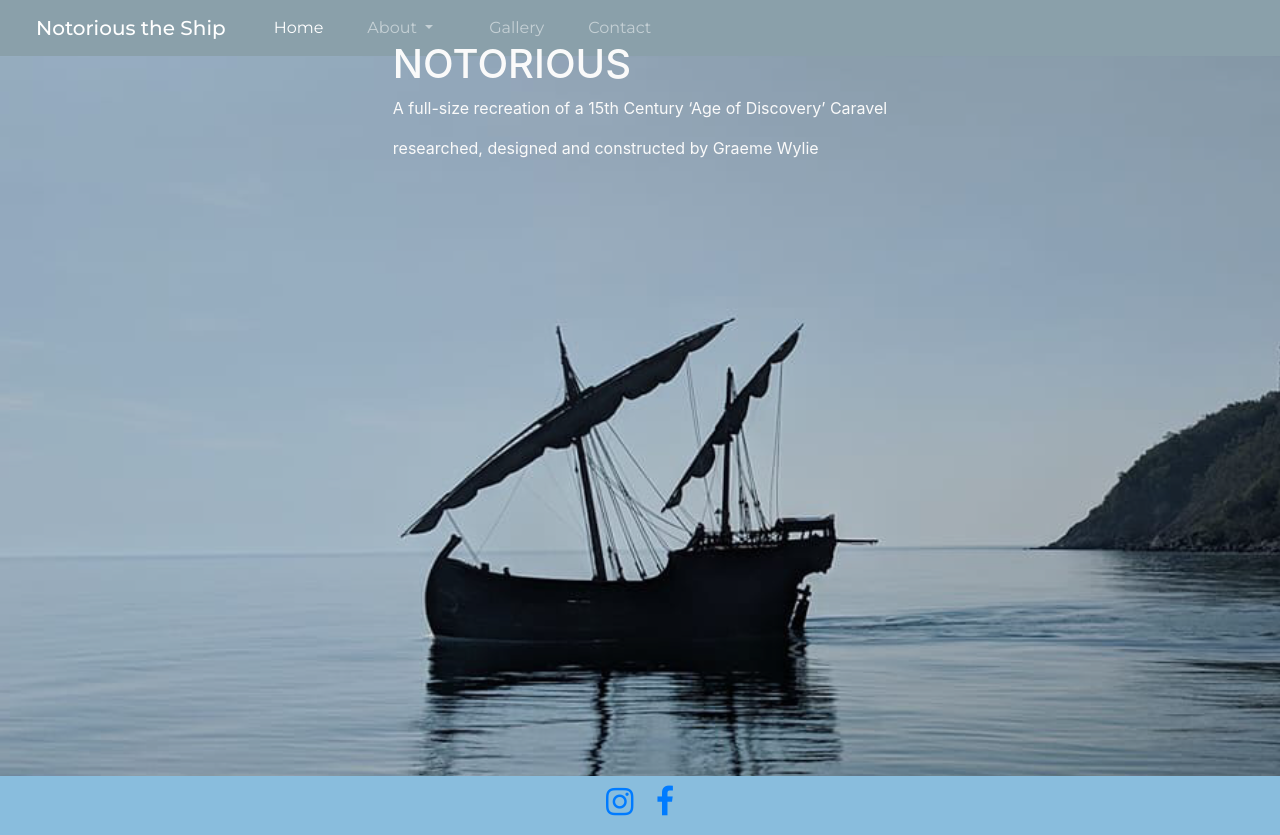
Repository: TSRose/NotorioustheShip
Page: index.html
The author's editor kept a record of every edit. The page is drawn from the files as they stood at one moment, then again after the next edit.
The browser window is 1280 px wide. The pictures show the whole page.
Backgrounds fixed to the window are drawn as part of the page.

Above is the page before.

### index.html
<!DOCTYPE html>
<html lang="en">

<head>
    <meta charset="UTF-8">
    <meta name="viewport" content="width=device-width, initial-scale=1.0">
    <meta http-equiv="X-UA-Compatible" content="ie=edge">
    <link rel="stylesheet" href="https://stackpath.bootstrapcdn.com/bootstrap/4.3.1/css/bootstrap.min.css" type="text/css" />
    <link rel="stylesheet" href="https://stackpath.bootstrapcdn.com/font-awesome/4.7.0/css/font-awesome.min.css">
    <link rel="stylesheet" href="assets/css/style.css" type="text/css">

    <title>Notorious the Ship</title>
</head>

<body>
    <nav class="navbar navbar-dark navbar-expand-sm">
        <a href="index.html" class="navbar-brand">Notorious the Ship</a>
        <button class="navbar-toggler ml-auto" type="button" data-toggle="collapse" data-target="#navbarNavDropdown" aria-controls="navbarNavDropdown" aria-expanded="false" aria-label="Toggle navigation">
      <span class="navbar-toggler-icon"></span></button>
        <div class="collapse navbar-collapse" id="navbarNavDropdown">
            <ul class="navbar-nav mr-auto">
                <li class="active nav-item mr-2"><a class="nav-link" href="index.html">Home</a></li>
                <li class="nav-item dropdown">
                    <a class="nav-link dropdown-toggle" href="about.html" id="navbarDropdownMenuLink" role="button" data-toggle="dropdown" aria-haspopup="true" aria-expanded="false">
            About
          </a>
                    <div class="dropdown-menu" aria-labelledby="navbarDropdownMenuLink">
                        <a class="dropdown-item" href="/theship">About Notorious</a>
                        <a class="dropdown-item" href="/thebuilder">Who built her?</a>
                        <a class="dropdown-item" href="/thehistory">A brief history of caravels</a></li>
                <li class=" nav-item mr-2"><a class="nav-link" href="gallery.html">Gallery</a></li>
                <li class=" nav-item mr-2"><a class="nav-link" href="contact.html">Contact</a></li>
            </ul>
            </div>
    </nav>

    <!---------------------------landing page----->

    <div class="container-fluid landing-container">
        <section class="landing">
            <div class="row">
                <div class="col-12">
                    <div class="jumbotron-landing jumbotron">
                        <h1 class="text-uppercase jumbotron-heading">notorious</h1>
                        <p class="landing-subheading">A full-size recreation of a 15th Century ‘Age of Discovery’ Caravel</p>
                        <p class="landing-subheading">researched, designed and constructed by Graeme Wylie </p>
                    </div>
                </div>
            </div>
        </section>
    </div>

    <footer class="container-fluid footer">
        <div id="footer-details" class="row">
            <div class="col-12">
                <ul class="list-inline social-links">
                    <li class="list-inline-item">
                        <a target="_blank" href="http://instagram.com/notorioustheship">
                        <i class="fa fa-instagram fa-2x" aria-hidden="true"></i>
                        <span class="sr-only">Instagram</span>
                        </a>
                    </li>
                    <li class="list-inline-item">
                        <a target="_blank" href="http://facebook.com/notorioustheship">
                        <i class="fa fa-facebook fa-2x" aria-hidden="true"></i>
                        <span class="sr-only">Facebook</span>
                        </a>
                    </li>
                </ul>
            </div>
        </div>
    </footer>

    <script src="https://code.jquery.com/jquery-3.3.1.slim.min.js" integrity="sha384-q8i/X+965DzO0rT7abK41JStQIAqVgRVzpbzo5smXKp4YfRvH+8abtTE1Pi6jizo" crossorigin="anonymous"></script>
    <script src="https://cdnjs.cloudflare.com/ajax/libs/popper.js/1.14.7/umd/popper.min.js" integrity="sha384-UO2eT0CpHqdSJQ6hJty5KVphtPhzWj9WO1clHTMGa3JDZwrnQq4sF86dIHNDz0W1" crossorigin="anonymous"></script>
    <script src="https://stackpath.bootstrapcdn.com/bootstrap/4.3.1/js/bootstrap.min.js" integrity="sha384-JjSmVgyd0p3pXB1rRibZUAYoIIy6OrQ6VrjIEaFf/nJGzIxFDsf4x0xIM+B07jRM" crossorigin="anonymous"></script>

</body>

</html>

### assets/css/style.css
@import url('https://fonts.googleapis.com/css?family=Montserrat:100,200,300,400,500,600,700|Roboto:100,200,300,400,500,600,700');

body {
    margin: 10;
    padding: 0;
}

header {
    margin: 0;
}

.footer {
    background-color: #89bddd;
    border-color: #89bddd;
}

h2 {
    margin-bottom: 20px;
}

/*-------------------------------- navbar */

.navbar-brand {
    font-family: "Montserrat", sans-serif;
    color: #fafafa;
    margin: 0 20px;
    font-weight: 500;
}

.nav-item {
    color: #fafafa;
    font-family: "Montserrat", sans-serif;
    margin: 0 20px;
}

.list-inline {
    text-align: center;
}

.navbar {
    color: #aaa;
    background-color: #8aa0aa;
    margin-bottom: 0;
    border: 0;
    width: 100%;
}

.navbar .navbar-toggler {
    border: 0;
}

/*---------------------------------Landing ----*/

.landing-container {
    height: 100VH;
    background: url("../images/notorious_portdouglas_xsm_crop.jpg") no-repeat center center fixed;
    -webkit-background-size: cover;
    -moz-background-size: cover;
    -o-background-size: cover;
    background-size: cover;
    display: flex;
    align-items: center;
    justify-content: center;
    position: relative;
}

@media (min-width: 576px) {
    .landing-container {
        background: url("../images/notorious_portdouglas_sm_crop.jpg") no-repeat center right fixed;
    }
}

@media (min-width: 768px) {
    .landing-container {
        background: url("../images/notorious_portdouglas_md_crop.jpg") no-repeat center right fixed;
    }
}

@media (min-width: 992px) {
    .landing-container {
        background: url("../images/notorious_portdouglas.PNG") no-repeat center left fixed;
    }
}

.text-uppercase {
    text-transform: uppercase;
}

.landing-subheading {
    padding: 0 0px;
    text-align: left;
}

/*--------------------------------Jumbotron*/

.absolute {
    position: absolute;
    height: 100VH;
    width: 100VW;
    padding: 7%;
}

.jumbotron {
    background-color: transparent;
    padding: 0;
    color: #fafafa;
    height: 100VH;
}

.jumbotron-header {
    font-weight: bold;
    margin-bottom: 35px;
    margin: 50px;
    text-transform: capitalize;
    padding: 50px;
}


/*--------------------------------------- contact form*/

.contact-heading {
    font-family: "Montserrat", sans-serif;
    font-weight: 200;
    padding-top: 30px;
    margin-top: 25px;
    margin-bottom: 15px;
}

.center-form {
    padding: 0 10px;
    margin: 0 auto;
    max-width: 70%;
}

button[type="submit"] {
    margin-top: 15px;
    margin-bottom: 20px;
    color: #fafafa;
    background-color: #3498db;
}

.btn {
    padding: 5px;
}

.form-control {
    margin: 10px 0;
}

.share {
    margin: 25px 0;
}

@media(max-width: 991px) {
    .center-form {
        padding-top: 30px;
        min-height: 240px;
        margin: 0 auto;
        max-width: 70%;
    }
}

@media(min-width: 992px) {
    .center-form {
        padding-top: 30px;
        min-height: 240px;
        margin: 0 auto;
        max-width: 50%;
    }
}

@media(min-width: 992px) {
    .contact-heading {
        font-family: "Montserrat", sans-serif;
        font-weight: 400;
        margin-top: 25px;
        margin-bottom: 20px;
    }
}

/*-----------------------------------About*/

.about-container {
    margin: 15px;
}

.article-wrapper {
    margin-right: 50px;
}

.theshipimage {
    background: url("../images/notorious_on_anchor.PNG");
    background-position: left;
    background-repeat: no-repeat;
    display: inline-block;
    width: 300px;
    height: auto;
    transition: all .5s ease-in-out;
    -moz-transition: all .5s ease-in-out;
    -webkit-transition: all .5s ease-in-out;
    margin: 0 15;
}

.thebuilderimage {
    background: url("../images/graemewylie.jpg");
    background-position: left;
    background-repeat: no-repeat;
    background-size: cover;
    display: block;
    width: 300px;
    height: auto;
    transition: all .5s ease-in-out;
    -moz-transition: all .5s ease-in-out;
    -webkit-transition: all .5s ease-in-out;
}

.thehistoryimage {
    background: url("../images/portuguesecaravelmodel.jpg");
    background-position: left;
    background-repeat: no-repeat;
    background-size: cover;
    display: block;
    width: auto;
    height: 300px;
    max-height: 300px;
    transition: all .5s ease-in-out;
    -moz-transition: all .5s ease-in-out;
    -webkit-transition: all .5s ease-in-out;
}

.article-container {
    margin: 30px;
}

/*-----------------------------------Open Days*/
.opendays {

}

/*-----------------------------------Gallery*/

.gallery-container {
    padding: 20px 0;
}

.image-padding {
    padding: 5px;
}

.zoom {
    width: 100%;
    height: 200px;
    border-radius:5px;
    background-size: cover;
    -webkit-transition: all .3s ease-in-out;
    -moz-transition: all .3s ease-in-out;
    -o-transition: all .3s ease-in-out;
    -ms-transition: all .3s ease-in-out;
}


.transition {
    -webkit-transform: scale(1.2);
    -moz-transform: scale(1.2);
    -o-transform: scale(1.2);
    transform: scale(1.2);
}
    .modal-header {

     border-bottom: none;
}
    .modal-title {
        color:#000;
    }
    .modal-footer{
      display:none;
    }


/*-----------------------------------Footer*/

.social-links {
    margin-top: 10px;
    padding-bottom: 0px;
}

.list-inline-item {
    padding-left: 5px;
    padding-right: 5px;
}

After the next edit:
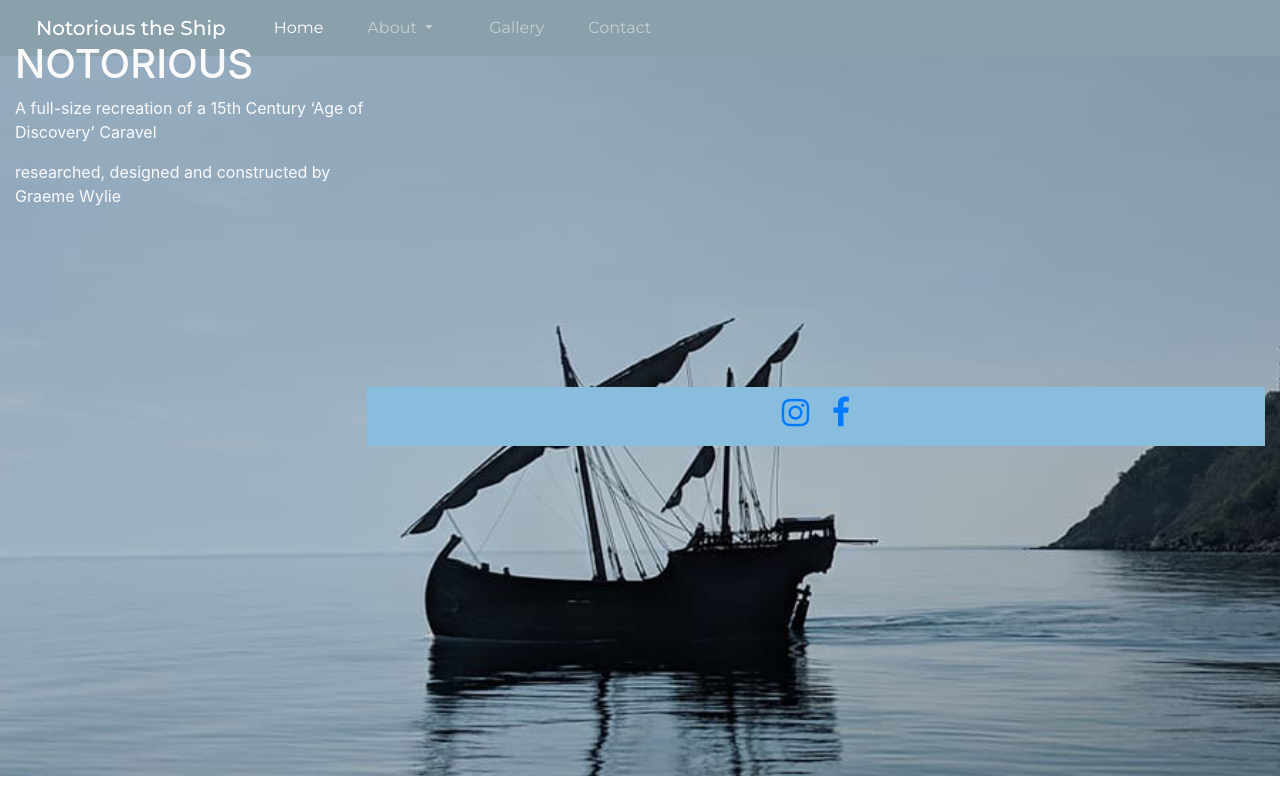
The edit:
--- a/index.html
+++ b/index.html
@@ -37,7 +37,7 @@
     <!---------------------------landing page----->
 
     <div class="container-fluid landing-container">
-        <section class="landing">
+        <div class="landing">
             <div class="row">
                 <div class="col-12">
                     <div class="jumbotron-landing jumbotron">

After the edit that followed:
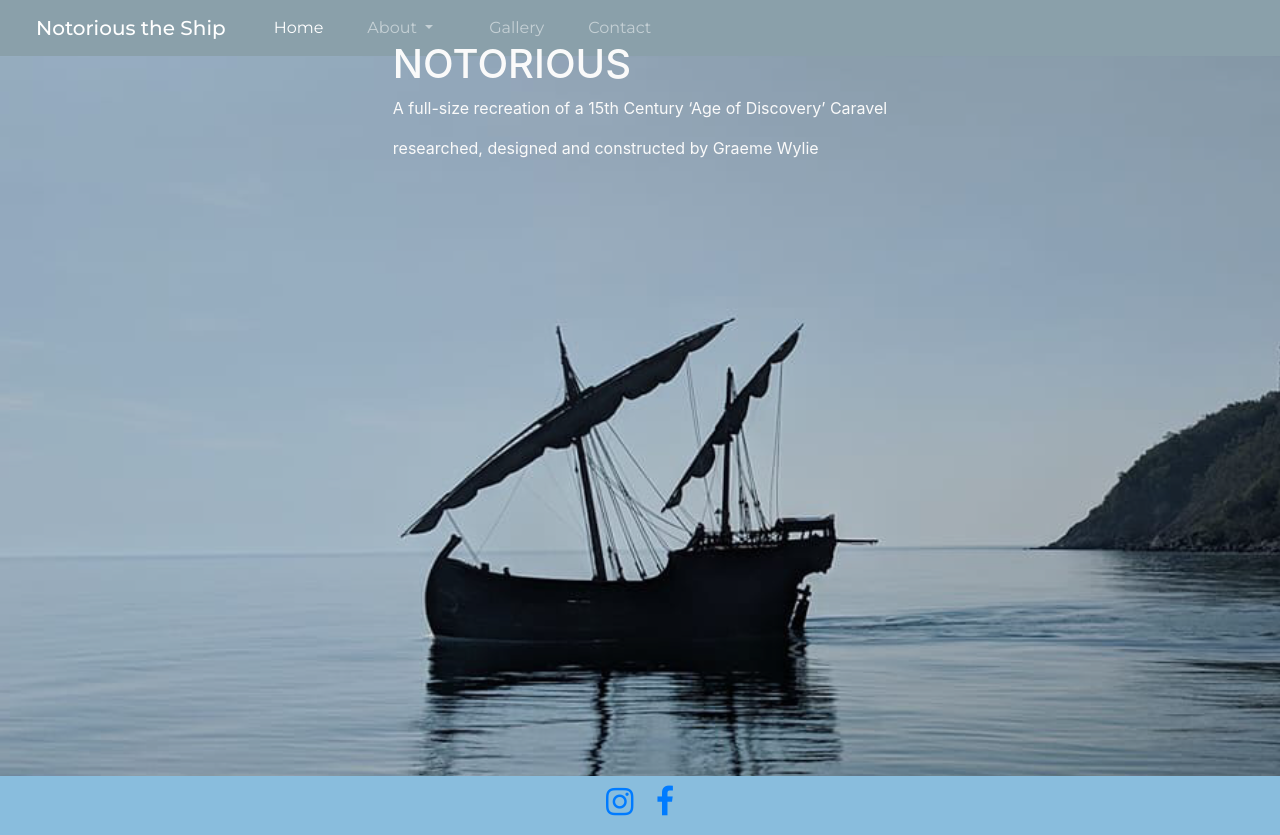
The edit:
--- a/index.html
+++ b/index.html
@@ -47,7 +47,7 @@
                     </div>
                 </div>
             </div>
-        </section>
+        </div>
     </div>
 
     <footer class="container-fluid footer">
